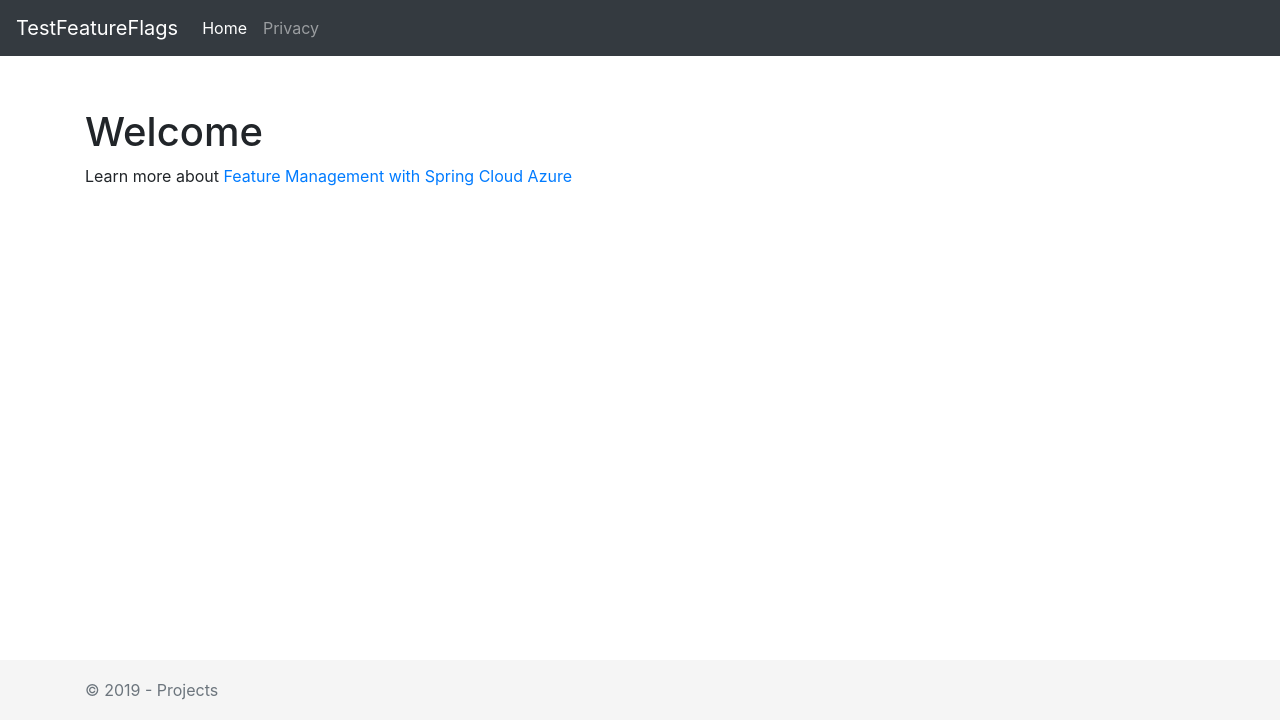
Repository: Makulabindupriya/unleshapp
Page: http://localhost/welcome
These files come from the project's save history. The page is drawn as it stood at one moment and after the next save; the edit follows.
The browser window is 1280 px wide. The pictures show the whole page.
The page is this project's Thymeleaf template; nobody is signed in. The template is opened directly, without the code that normally fills it, so the values that code supplies are empty.

Above is the page before, as saved 2021-11-24 07:20:49.

### demo/src/main/resources/templates/welcome.html
<!DOCTYPE html>
<html lang="en" xmlns:th="http://www.thymeleaf.org">
<head>
    <meta charset="utf-8">
    <meta name="viewport" content="width=device-width, initial-scale=1, shrink-to-fit=no">
    <title>Feature Management with Spring Cloud Azure</title>

    <link rel="stylesheet" href="/css/main.css">
    <link rel="stylesheet" href="https://stackpath.bootstrapcdn.com/bootstrap/4.3.1/css/bootstrap.min.css" integrity="sha384-ggOyR0iXCbMQv3Xipma34MD+dH/1fQ784/j6cY/iJTQUOhcWr7x9JvoRxT2MZw1T" crossorigin="anonymous">

    <script src="https://code.jquery.com/jquery-3.3.1.slim.min.js" integrity="sha384-q8i/X+965DzO0rT7abK41JStQIAqVgRVzpbzo5smXKp4YfRvH+8abtTE1Pi6jizo" crossorigin="anonymous"></script>
    <script src="https://cdnjs.cloudflare.com/ajax/libs/popper.js/1.14.7/umd/popper.min.js" integrity="sha384-UO2eT0CpHqdSJQ6hJty5KVphtPhzWj9WO1clHTMGa3JDZwrnQq4sF86dIHNDz0W1" crossorigin="anonymous"></script>
    <script src="https://stackpath.bootstrapcdn.com/bootstrap/4.3.1/js/bootstrap.min.js" integrity="sha384-JjSmVgyd0p3pXB1rRibZUAYoIIy6OrQ6VrjIEaFf/nJGzIxFDsf4x0xIM+B07jRM" crossorigin="anonymous"></script>

</head>
<body>
    <header>
    <!-- Fixed navbar -->
    <nav class="navbar navbar-expand-md navbar-dark fixed-top bg-dark">
        <a class="navbar-brand" href="#">TestFeatureFlags</a>
        <button class="navbar-toggler" aria-expanded="false" aria-controls="navbarCollapse" aria-label="Toggle navigation" type="button" data-target="#navbarCollapse" data-toggle="collapse">
        <span class="navbar-toggler-icon"></span>
        </button>
        <div class="collapse navbar-collapse" id="navbarCollapse">
        <ul class="navbar-nav mr-auto">
            <li class="nav-item active">
            <a class="nav-link" href="#">Home <span class="sr-only">(current)</span></a>
            </li>
            <li class="nav-item" th:if="${Beta}">
            <a class="nav-link" href="#">Beta</a>
            </li>
            <li class="nav-item">
            <a class="nav-link" href="#">Privacy <span class="sr-only">(current)</span></a>
            </li>
        </ul>
        </div>
    </nav>
    </header>
    <div class="container body-content">
        <h1 class="mt-5">Welcome</h1>
        <p>Learn more about <a href="https://github.com/Azure/azure-sdk-for-java/blob/master/sdk/appconfiguration/azure-spring-cloud-feature-management/README.md">Feature Management with Spring Cloud Azure</a></p>

    </div>
    <footer class="footer">
        <div class="container">
        <span class="text-muted">&copy; 2019 - Projects</span>
    </div>

    </footer>
</body>
</html>

### demo/src/main/resources/static/css/main.css
html {
 position: relative;
 min-height: 100%;
}
body {
 margin-bottom: 60px;
 background-color: rebeccapurple;
}
.footer {
 position: absolute;
 bottom: 0;
 width: 100%;
 height: 60px;
 line-height: 60px;
 background-color: #f5f5f5;
}

body > .container {
 padding: 60px 15px 0;
}

.footer > .container {
 padding-right: 15px;
 padding-left: 15px;
}

code {
 font-size: 80%;
}

After the next save:
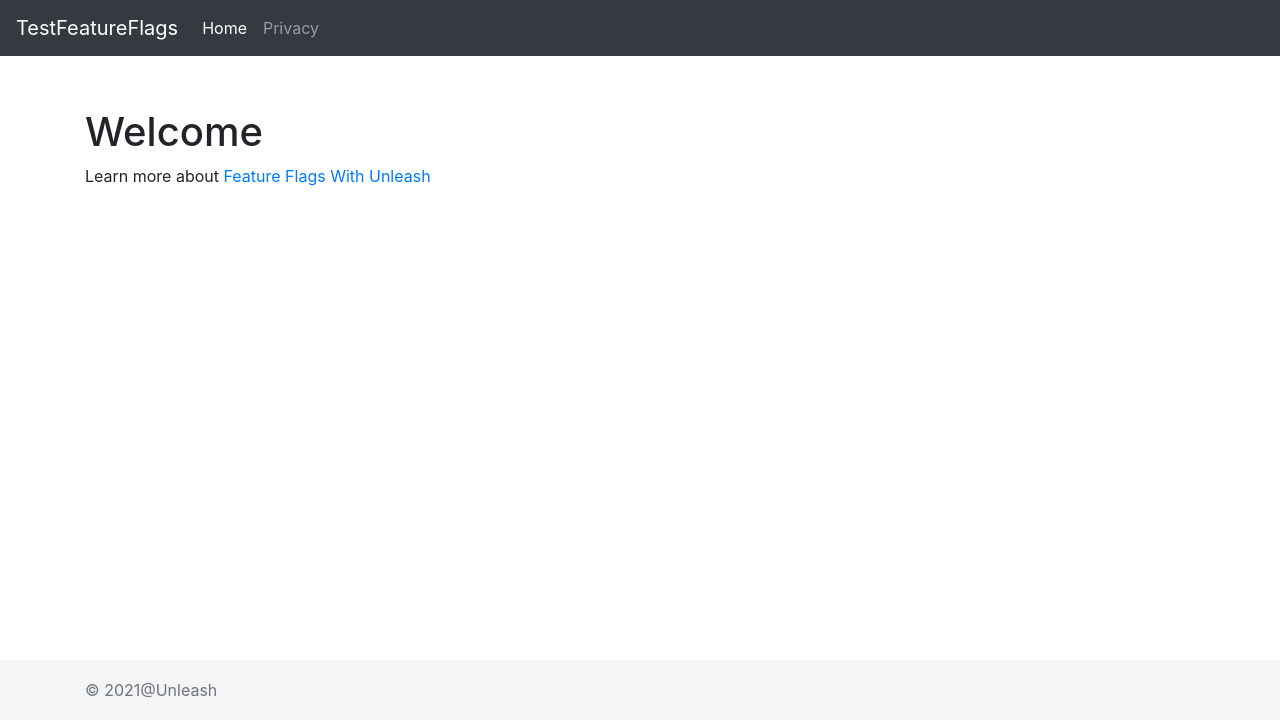
Saved 2 h 2 min later.
--- a/demo/src/main/resources/templates/welcome.html
+++ b/demo/src/main/resources/templates/welcome.html
@@ -3,7 +3,7 @@
 <head>
     <meta charset="utf-8">
     <meta name="viewport" content="width=device-width, initial-scale=1, shrink-to-fit=no">
-    <title>Feature Management with Spring Cloud Azure</title>
+    <title>Feature Flags with unleash</title>
 
     <link rel="stylesheet" href="/css/main.css">
     <link rel="stylesheet" href="https://stackpath.bootstrapcdn.com/bootstrap/4.3.1/css/bootstrap.min.css" integrity="sha384-ggOyR0iXCbMQv3Xipma34MD+dH/1fQ784/j6cY/iJTQUOhcWr7x9JvoRxT2MZw1T" crossorigin="anonymous">
@@ -38,12 +38,12 @@
     </header>
     <div class="container body-content">
         <h1 class="mt-5">Welcome</h1>
-        <p>Learn more about <a href="https://github.com/Azure/azure-sdk-for-java/blob/master/sdk/appconfiguration/azure-spring-cloud-feature-management/README.md">Feature Management with Spring Cloud Azure</a></p>
+        <p>Learn more about <a href="https://docs.getunleash.io/">Feature Flags With Unleash</a></p>
 
     </div>
     <footer class="footer">
         <div class="container">
-        <span class="text-muted">&copy; 2019 - Projects</span>
+        <span class="text-muted">&copy; 2021@Unleash</span>
     </div>
 
     </footer>
